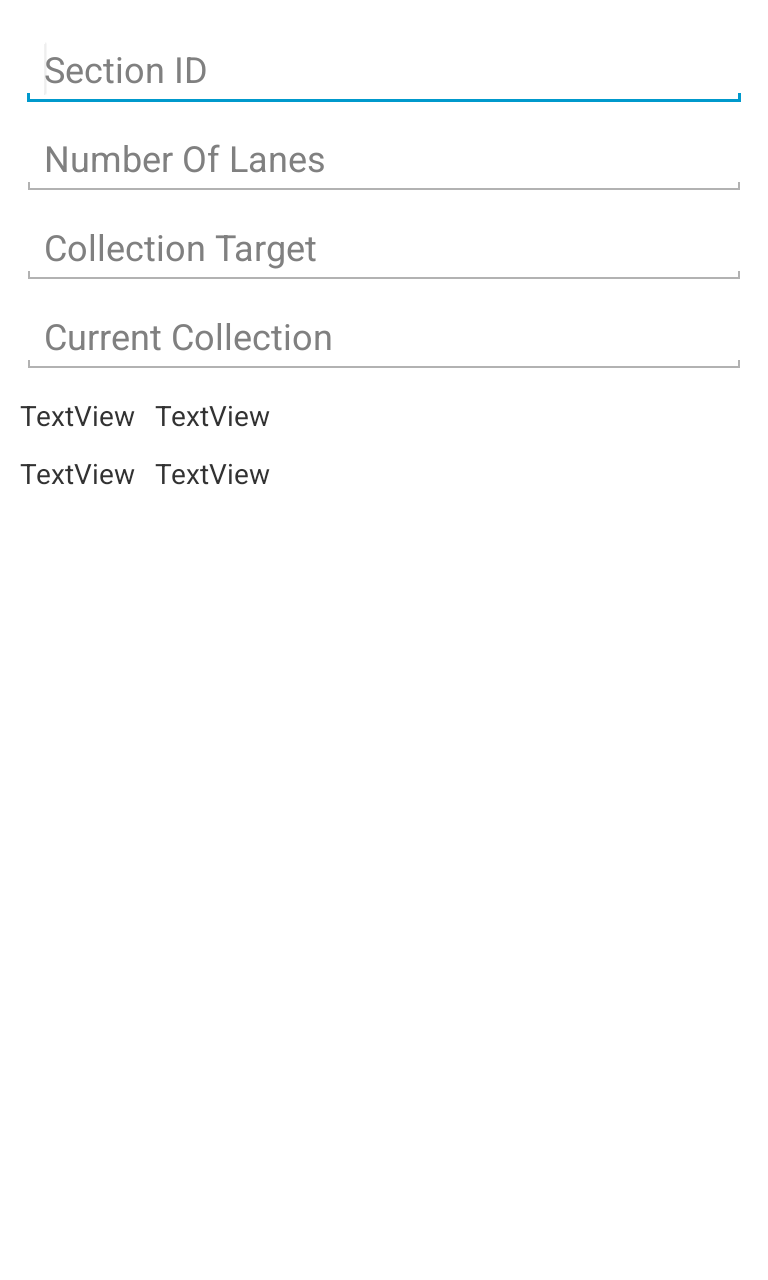
Repository: greatrakshit/Personal
Layout: POIRecorder/res/layout/activity_toll_booth.xml
These files come from the project's save history. The layout is drawn as it stood at one moment and after the next save; the edit follows.
It is drawn on a 768 x 1280 px phone screen (xhdpi) without system bars, with theme AppTheme; the app's code is not run.

Above is the layout before, as saved 2014-09-14 13:19:46.

### POIRecorder/res/layout/activity_toll_booth.xml
<LinearLayout xmlns:android="http://schemas.android.com/apk/res/android"
    android:layout_width="fill_parent"
    android:layout_height="fill_parent"
    android:orientation="vertical"
    android:padding="10dp" >

    <EditText
        android:id="@+id/editText1"
        android:layout_width="match_parent"
        android:layout_height="wrap_content"
        android:layout_marginBottom="5dp"
        android:layout_marginTop="5dp"
        android:ems="10"
        android:hint="@string/attribute_tollbooth_sectionId" >

        <requestFocus />
    </EditText>

    <EditText
        android:id="@+id/editText2"
        android:layout_width="match_parent"
        android:layout_height="wrap_content"
        android:layout_marginBottom="5dp"
        android:ems="10"
        android:hint="@string/attribute_tollbooth_numLanes"
        android:inputType="number" />

    <EditText
        android:id="@+id/editText3"
        android:layout_width="match_parent"
        android:layout_height="wrap_content"
        android:layout_marginBottom="5dp"
        android:ems="10"
        android:hint="@string/attribute_tollbooth_collectionTarget"
        android:inputType="number" />

    <EditText
        android:id="@+id/editText4"
        android:layout_width="match_parent"
        android:layout_height="wrap_content"
        android:layout_marginBottom="10dp"
        android:ems="10"
        android:hint="@string/attribute_tollbooth_currentCollection"
        android:inputType="number" />

    <LinearLayout
        android:layout_width="match_parent"
        android:layout_height="wrap_content"
        android:layout_marginBottom="10dp" >

        <TextView
            android:id="@+id/textView1"
            android:layout_width="wrap_content"
            android:layout_height="wrap_content"
            android:layout_marginRight="10dp"
            android:text="TextView" />

        <TextView
            android:id="@+id/textView2"
            android:layout_width="wrap_content"
            android:layout_height="wrap_content"
            android:text="TextView" />

    </LinearLayout>

    <LinearLayout
        android:layout_width="match_parent"
        android:layout_height="wrap_content" >

        <TextView
            android:id="@+id/textView3"
            android:layout_width="wrap_content"
            android:layout_height="wrap_content"
            android:layout_marginRight="10dp"
            android:text="TextView" />

        <TextView
            android:id="@+id/textView4"
            android:layout_width="wrap_content"
            android:layout_height="wrap_content"
            android:text="TextView" />

    </LinearLayout>

</LinearLayout>

### POIRecorder/res/values/styles.xml
<?xml version="1.0" encoding="utf-8"?>
<resources>

    <!--
        Base application theme, dependent on API level. This theme is replaced
        by AppBaseTheme from res/values-vXX/styles.xml on newer devices.

    -->
    <style name="AppBaseTheme" parent="android:Theme.Light">
        <!--
            Theme customizations available in newer API levels can go in
            res/values-vXX/styles.xml, while customizations related to
            backward-compatibility can go here.

        -->
    </style>

    <!-- Application theme. -->
    <style name="AppTheme" parent="AppBaseTheme">
        <!-- All customizations that are NOT specific to a particular API-level can go here. -->
    </style>

    <style name="LoginFormContainer">
        <item name="android:layout_width">match_parent</item>
        <item name="android:layout_height">wrap_content</item>
        <item name="android:padding">16dp</item>
    </style>
</resources>

### POIRecorder/res/values/strings.xml
<?xml version="1.0" encoding="utf-8"?>
<resources>

    <string name="app_name">POI Recorder</string>
    <string name="action_settings">Settings</string>
    <string name="hello_world">Hello world!</string>
    <string name="enableGPS">POI Recorder needs GPS to be enabled to function properly. Do you want to enable it ?</string>
    <string name="yes">Yes</string>
    <string name="no">No</string>
    <string name="ok">Ok</string>
    <string name="select_poi">Select Point Of Interest</string>
    <string name="exit">Exit Application</string>
    <string name="title_activity_main">MainActivity</string>
    <string name="add_poi">Add Point Of Interest</string>
    <string name="choose_poi">Choose POI Type</string>
    <string name="choose_facilities">Choose Facility Type</string>
    <string name="upload">Upload Data</string>
    <string name="save">Save</string>
    <string name="cancel">Cancel</string>
    <string name="name">Name</string>
    <string name="logout">Logout</string>
    <string name="statistics">Statistics</string>
    <string name="title_activity_poi">POI Recorder</string>
    <string name="poi_type_tollBooth">Toll Booth</string>
    <string name="poi_type_facilities">Facilities</string>
    <string name="poi_type_highwaySegments">Highway Segment</string>
    <string name="poi_type_milepost">Mile Post</string>
    <string name="subtype_facilities_restaurant">Restaurant</string>
    <string name="subtype_facilities_dhaba">Dhaba</string>
    <string name="subtype_facilities_vehicleRepairShop">Vehicle Repair Shop</string>
    <string name="subtype_facilities_policeStation">Police Station</string>
    <string name="subtype_facilities_clinic">Clinic</string>
    <string name="subtype_facilities_hospital">Hospital</string>
    <string name="subtype_facilities_groceryShop">Grocery Shop</string>
    <string name="subtype_facilities_farmerMarket">Farmer Market</string>
    <string name="attribute_tollbooth_sectionId">Section ID</string>
    <string name="attribute_tollbooth_numLanes">Number Of Lanes</string>
    <string name="attribute_tollbooth_collectionTarget">Collection Target</string>
    <string name="attribute_tollbooth_currentCollection">Current Collection</string>
    <string name="attribute_facilities_type">Type</string>
    <string name="attribute_facilities_name">Name</string>
    <string name="attribute_facilities_ownerName">Owner\'s Name</string>
    <string name="attribute_facilities_address1">Address 1</string>
    <string name="attribute_facilities_address2">Address 2</string>
    <string name="attribute_facilities_address3">Address 3</string>
    <string name="attribute_facilities_address4">Address 4</string>
    <string name="attribute_facilities_address5">Address 5</string>
    <string name="attribute_facilities_city">City</string>
    <string name="attribute_facilities_state">State</string>
    <string name="attribute_facilities_pincode">Pincode</string>
    <string name="attribute_facilities_phone1">Phone 1</string>
    <string name="attribute_facilities_phone2">Phone 2</string>
    <string name="attribute_highwaySegments_type">Type</string>
    <string name="attribute_highwaySegments_markerType">Marker Type</string>
    <string name="attribute_highwaySegments_name">Name</string>
    <string name="attribute_highwaySegments_ownerName">Owner Name</string>
    <string name="attribute_highwaySegments_contactNumber">Contact Number</string>
    <string name="attribute_milepost">Location</string>

    <string name="present_latitude">Present Latitude</string>
    <string name="present_longitude">Present Longitude</string>

    <string-array name="poi_list">
        <item>Facilities</item>
        <item>Highway Segment</item>
        <item>Mile Post</item>
        <item>Toll Booth</item>
    </string-array>
    <string-array name="facilities_list">
        <item>Clinic</item>
        <item>Dhaba</item>
        <item>Farmer Market</item>
        <item>Grocery Shop</item>
        <item>Hospital</item>
        <item>Police Station</item>
        <item>Restaurant</item>
        <item>Vehicle Repair Shop</item>
    </string-array>

    <string name="title_activity_poi_list">PoiList</string>
    <string name="title_activity_poi__dialog">Poi_Dialog</string>
    <string name="title_activity_facilities_dialog">FacilitiesDialog</string>
    <string name="title_activity_toll_booth">TollBoothActivity</string>
    <string name="title_activity_facility">FacilityActivity</string>
    <string name="title_activity_highway_segment">HighwaySegmentActivity</string>
    <string name="title_activity_milepost">MilepostActivity</string>

</resources>

Loaded but not shown: POIRecorder/res/values-v11/styles.xml (common file); POIRecorder/res/values-v14/styles.xml (common file)

After the next save:
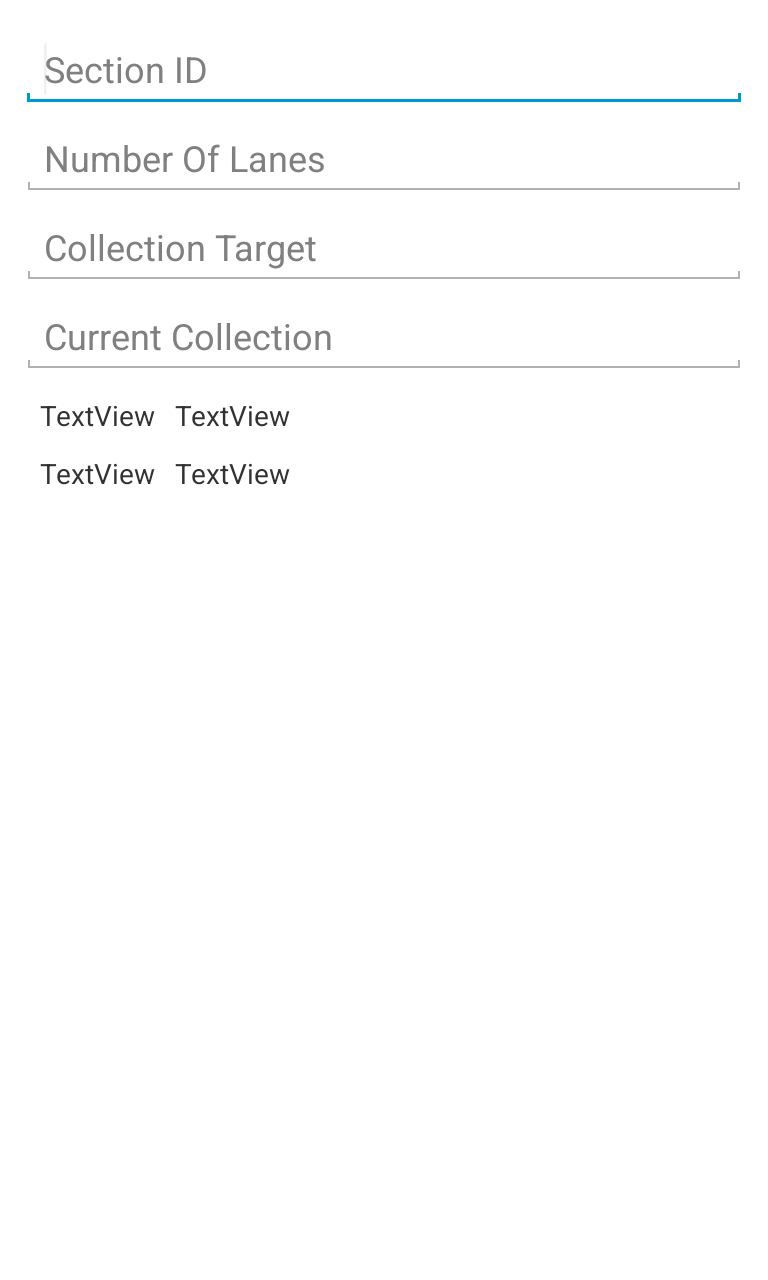
Saved 11 s later.
--- a/POIRecorder/res/layout/activity_toll_booth.xml
+++ b/POIRecorder/res/layout/activity_toll_booth.xml
@@ -52,6 +52,7 @@
             android:id="@+id/textView1"
             android:layout_width="wrap_content"
             android:layout_height="wrap_content"
+            android:layout_marginLeft="10dp"
             android:layout_marginRight="10dp"
             android:text="TextView" />
 
@@ -71,6 +72,7 @@
             android:id="@+id/textView3"
             android:layout_width="wrap_content"
             android:layout_height="wrap_content"
+            android:layout_marginLeft="10dp"
             android:layout_marginRight="10dp"
             android:text="TextView" />
 
